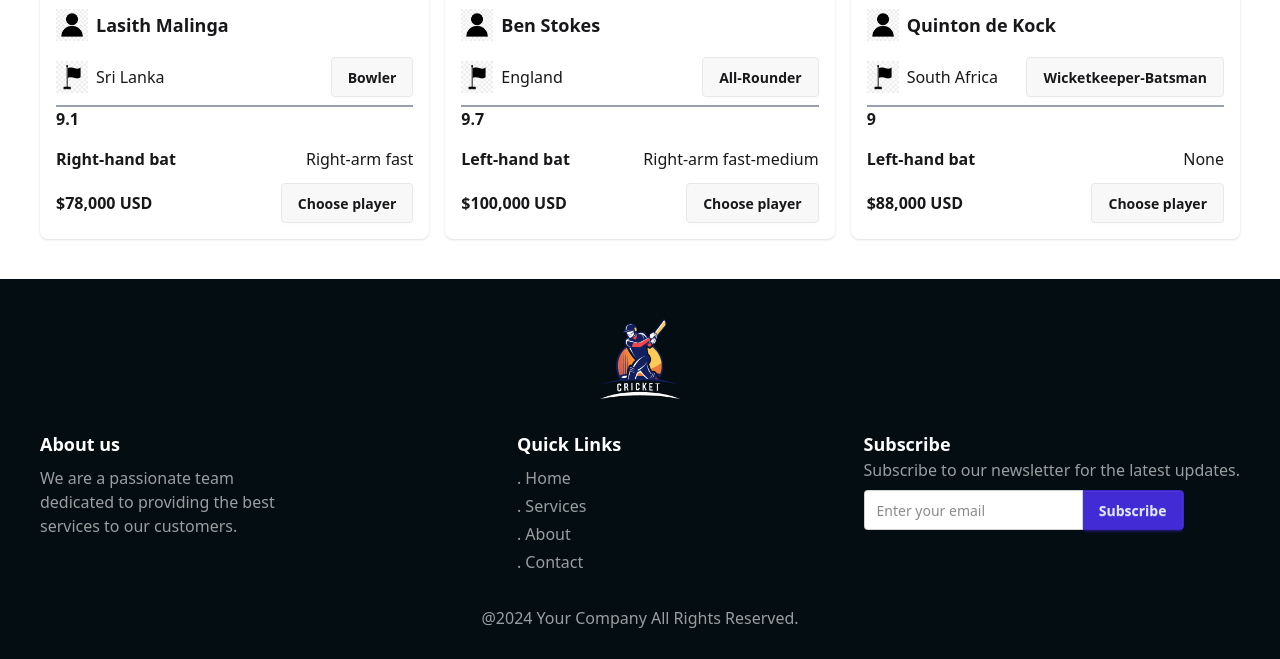
Repository: SanjidaSnigdha/Select-your-eleven
Page: /
The author's editor kept a copy of each file at every save. The page is drawn from the files as they stood at one save, then again after the next save.
The browser window is 1280 px wide. The pictures show the part of the page from y = 2838 to 3790 px (the page is 3497 px tall before and 3797 px after).
The project was rebuilt for these pictures with package versions that can differ from the ones it lists, and the page was loaded fresh each time. Also part of the build but not shown: vite.config.js, src/App.css, src/components/SelectedCard/SelectedCard.jsx, src/components/SelectedPlayers/SelectedPlayers.jsx.

Above is the page before, as saved 2026-03-23 00:59:46.

After the next save:
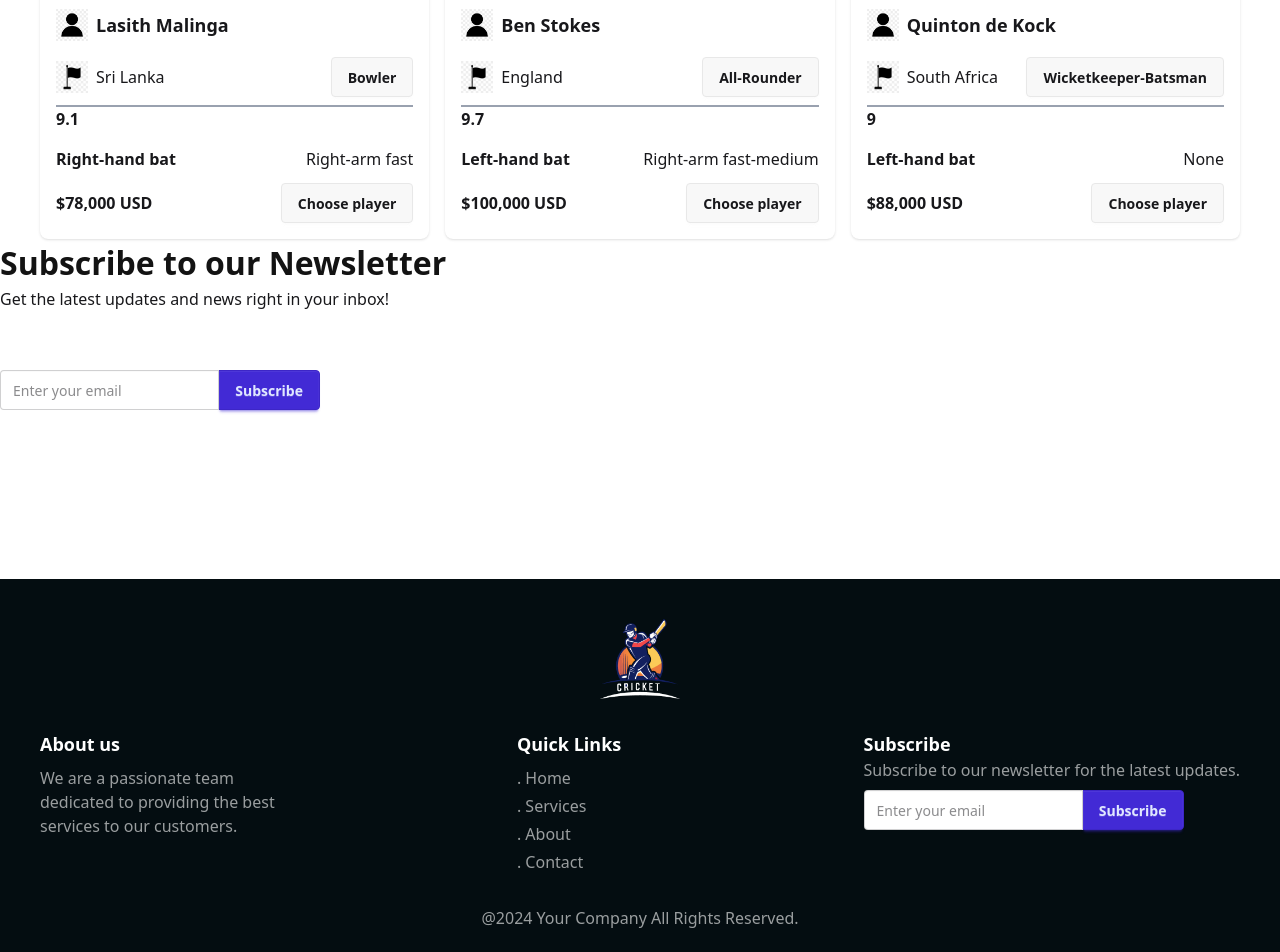
Saved 45 s later.
--- a/src/App.jsx
+++ b/src/App.jsx
@@ -8,6 +8,7 @@
 import { Suspense, useState } from 'react'
 import Banner from './components/Banner/Banner';
 import Footer from './components/Footer/Footer';
+import NewsLetter from './components/NewsLetter/NewsLetter';
 
 const fetchPlayers = async () =>{
   const res = await fetch("/players.json")
@@ -54,6 +55,7 @@
 
 
       <ToastContainer></ToastContainer>
+      <NewsLetter></NewsLetter>
       <Footer></Footer>
 
     </>
